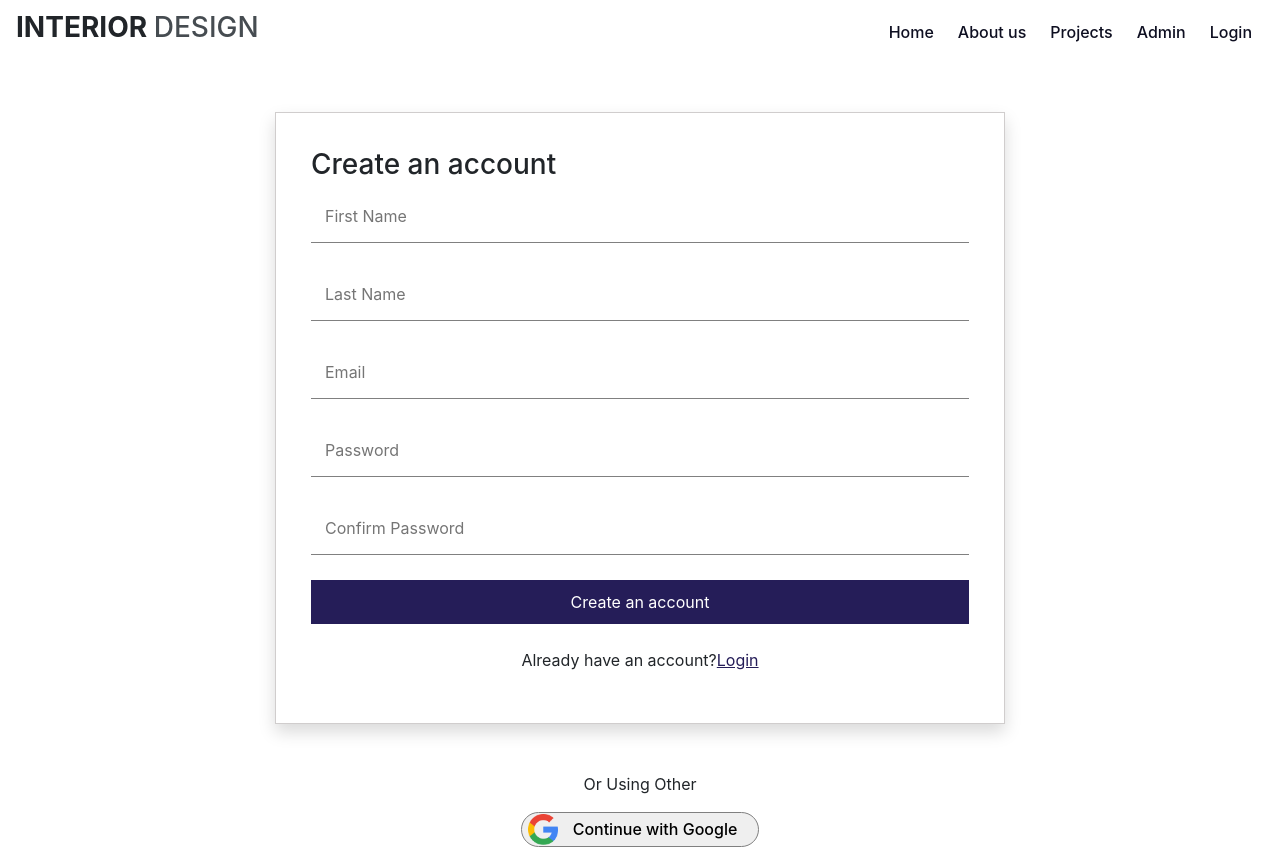
Repository: arif286/home-decoration-client-site
Page: /login
An editor plug-in stored every save of this project. The page is shown before and after the next save, followed by the edit.
The browser window is 1280 px wide. The pictures show the whole page.
The project was rebuilt for these pictures with package versions that can differ from the ones it lists, and the page was loaded fresh each time. Also part of the build but not shown: src/components/DashBoard/Admin/AddService/AddService.css, src/components/DashBoard/Admin/AddService/AddService.js, src/components/DashBoard/Admin/MakeAdmin/MakeAdmin.css, src/components/DashBoard/Admin/MakeAdmin/MakeAdmin.js, src/components/DashBoard/Admin/ManageService/ManageService.js, src/components/DashBoard/Admin/OrderList/OrderList.js, src/components/DashBoard/User/Booking/Booking.js, src/components/DashBoard/User/BookingList/BookingList.js and 19 more.

Above is the page before, as saved 2021-04-16 00:27:04.

After the next save:
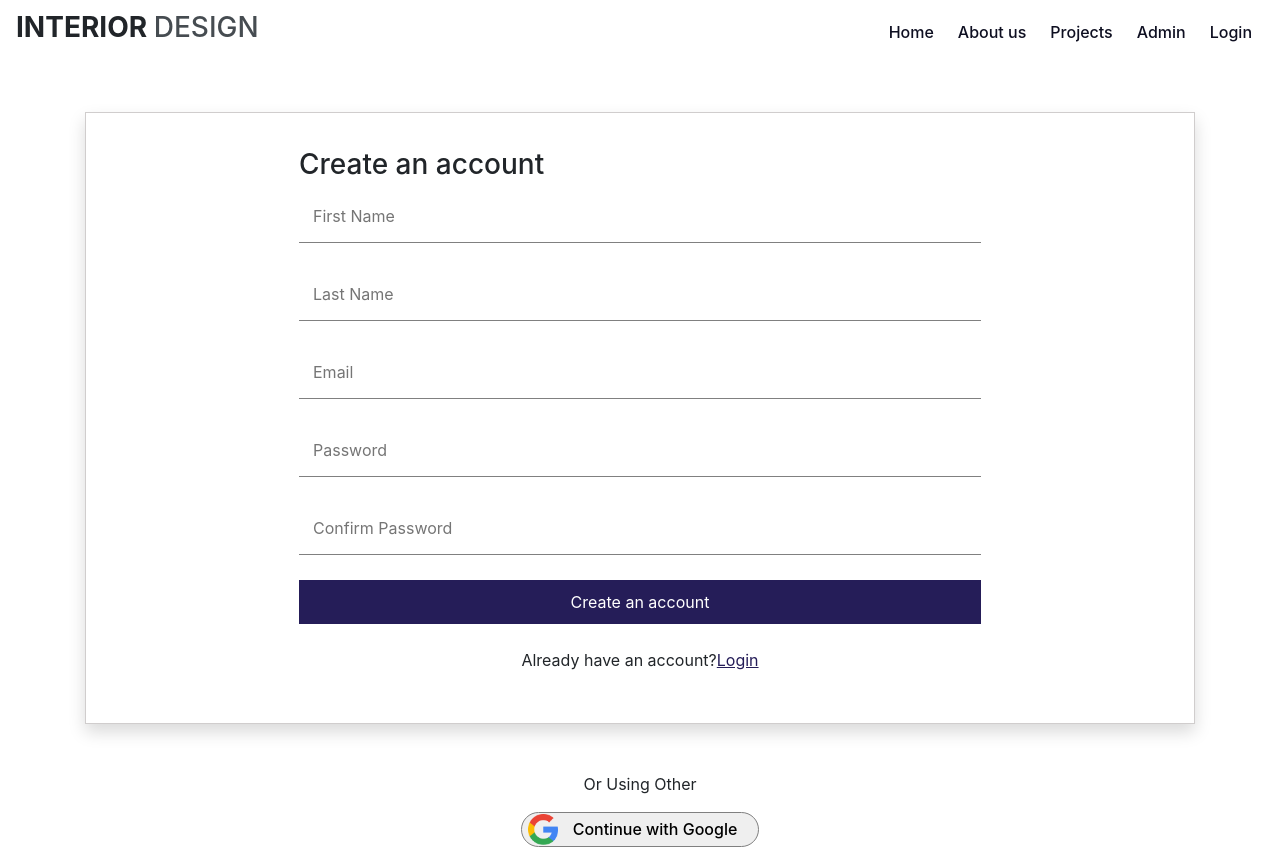
Saved 5 min 51 s later.
--- a/src/components/LoginPage/SignUp/SignUp.js
+++ b/src/components/LoginPage/SignUp/SignUp.js
@@ -25,13 +25,10 @@
     <>
       <NavBar />
       <Container className="mt-5">
-        <Row className="justify-content-center">
-          <Col xs={10} md={8}>
-            {!toggle ? (
-              <form
-                className="login-form shadow"
-                onSubmit={handleSubmit(onSubmit)}
-              >
+        {!toggle ? (
+          <form className="login-form shadow" onSubmit={handleSubmit(onSubmit)}>
+            <Row className="justify-content-center">
+              <Col xs={10} md={8}>
                 <h3>Create an account</h3>
                 <input
                   type="text"
@@ -78,57 +75,55 @@
                     Login
                   </span>
                 </p>
-              </form>
-            ) : (
-              <form
-                className="login-form shadow"
-                onSubmit={handleSubmit(onSubmit)}
+              </Col>
+            </Row>
+          </form>
+        ) : (
+          <form className="login-form shadow" onSubmit={handleSubmit(onSubmit)}>
+            <h3>Login</h3>
+            <input
+              type="email"
+              {...register("email", { required: true })}
+              placeholder="Email"
+            />
+
+            <input
+              type="password"
+              {...register("password", { required: true })}
+              placeholder="Password"
+            />
+
+            <div className="d-flex justify-content-between">
+              <div>
+                <input
+                  style={{ width: "15px", marginRight: "10px" }}
+                  type="checkbox"
+                  id="rememberMe"
+                  name="rememberMe"
+                  value="Bike"
+                />
+                <label htmlFor="rememberMe">Remember Me</label>
+              </div>
+              <NavLink to="/resetPassword" className="reset-password">
+                Forgot password
+              </NavLink>
+            </div>
+            <button type="submit" className="w-100 submit-btn">
+              Login
+            </button>
+            <p className="text-center mt-4">
+              Don't have an account?
+              <span
+                onClick={() => {
+                  setToggle(false);
+                }}
               >
-                <h3>Login</h3>
-                <input
-                  type="email"
-                  {...register("email", { required: true })}
-                  placeholder="Email"
-                  />
+                Create an account
+              </span>
+            </p>
+          </form>
+        )}
 
-                <input
-                  type="password"
-                  {...register("password", { required: true })}
-                  placeholder="Password"
-                  />
-
-                <div className="d-flex justify-content-between">
-                  <div>
-                    <input
-                      style={{ width: "15px", marginRight: "10px" }}
-                      type="checkbox"
-                      id="rememberMe"
-                      name="rememberMe"
-                      value="Bike"
-                    />
-                    <label htmlFor="rememberMe">Remember Me</label>
-                  </div>
-                  <NavLink to="/resetPassword" className="reset-password">
-                    Forgot password
-                  </NavLink>
-                </div>
-                <button type="submit" className="w-100 submit-btn">
-                  Login
-                </button>
-                <p className="text-center mt-4">
-                  Don't have an account?
-                  <span
-                    onClick={() => {
-                      setToggle(false);
-                    }}
-                  >
-                    Create an account
-                  </span>
-                </p>
-              </form>
-            )}
-          </Col>
-        </Row>
         <div className="mt-5 text-center">
           <GoogleLogin />
         </div>

After the save that followed:
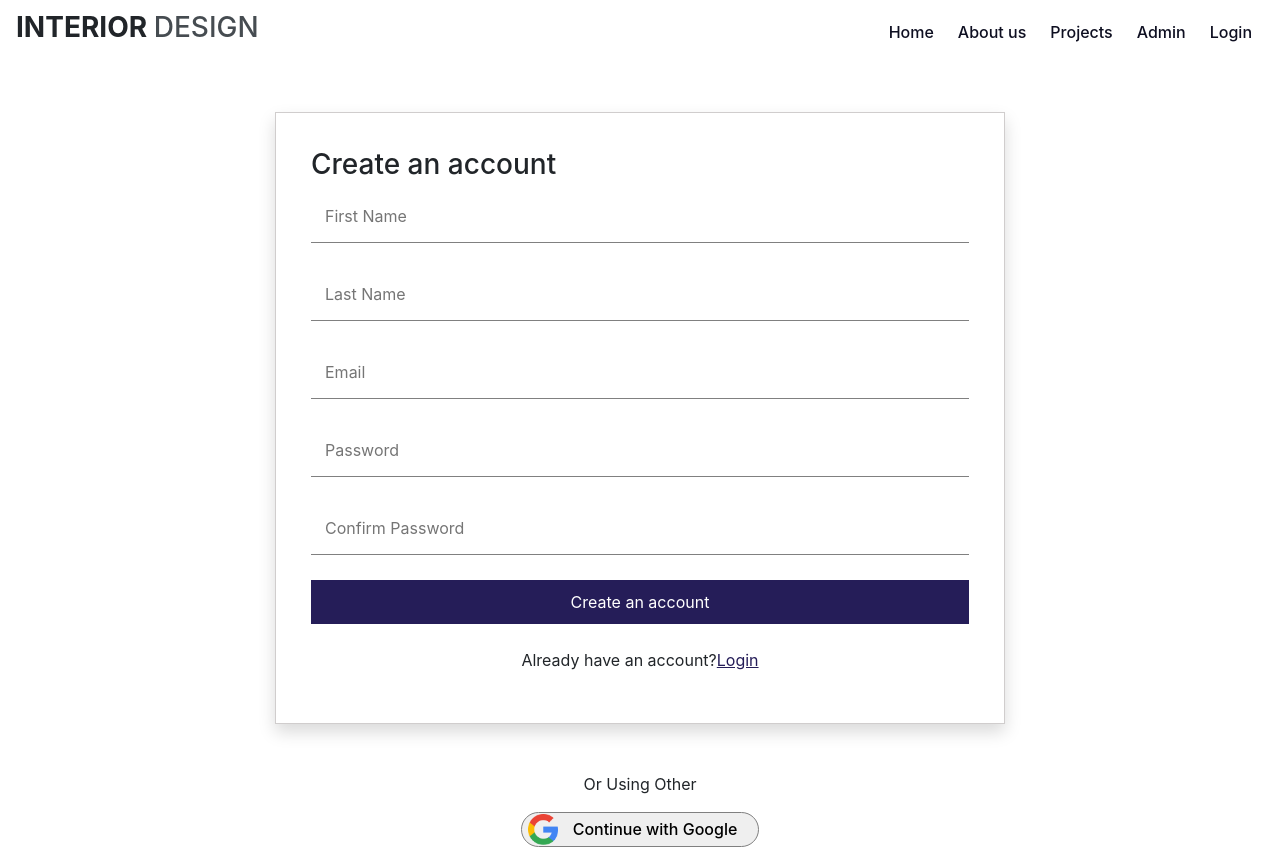
Saved 93 s later.
--- a/src/components/LoginPage/SignUp/SignUp.js
+++ b/src/components/LoginPage/SignUp/SignUp.js
@@ -25,10 +25,13 @@
     <>
       <NavBar />
       <Container className="mt-5">
-        {!toggle ? (
-          <form className="login-form shadow" onSubmit={handleSubmit(onSubmit)}>
-            <Row className="justify-content-center">
-              <Col xs={10} md={8}>
+        <Row className="justify-content-center">
+          <Col xs={10} md={8}>
+            {!toggle ? (
+              <form
+                className="login-form shadow"
+                onSubmit={handleSubmit(onSubmit)}
+              >
                 <h3>Create an account</h3>
                 <input
                   type="text"
@@ -75,55 +78,57 @@
                     Login
                   </span>
                 </p>
-              </Col>
-            </Row>
-          </form>
-        ) : (
-          <form className="login-form shadow" onSubmit={handleSubmit(onSubmit)}>
-            <h3>Login</h3>
-            <input
-              type="email"
-              {...register("email", { required: true })}
-              placeholder="Email"
-            />
+              </form>
+            ) : (
+              <form
+                className="login-form shadow"
+                onSubmit={handleSubmit(onSubmit)}
+              >
+                <h3>Login</h3>
+                <input
+                  type="email"
+                  {...register("email", { required: true })}
+                  placeholder="Email"
+                  />
 
-            <input
-              type="password"
-              {...register("password", { required: true })}
-              placeholder="Password"
-            />
+                <input
+                  type="password"
+                  {...register("password", { required: true })}
+                  placeholder="Password"
+                  />
 
-            <div className="d-flex justify-content-between">
-              <div>
-                <input
-                  style={{ width: "15px", marginRight: "10px" }}
-                  type="checkbox"
-                  id="rememberMe"
-                  name="rememberMe"
-                  value="Bike"
-                />
-                <label htmlFor="rememberMe">Remember Me</label>
-              </div>
-              <NavLink to="/resetPassword" className="reset-password">
-                Forgot password
-              </NavLink>
-            </div>
-            <button type="submit" className="w-100 submit-btn">
-              Login
-            </button>
-            <p className="text-center mt-4">
-              Don't have an account?
-              <span
-                onClick={() => {
-                  setToggle(false);
-                }}
-              >
-                Create an account
-              </span>
-            </p>
-          </form>
-        )}
-
+                <div className="d-flex justify-content-between">
+                  <div>
+                    <input
+                      style={{ width: "15px", marginRight: "10px" }}
+                      type="checkbox"
+                      id="rememberMe"
+                      name="rememberMe"
+                      value="Bike"
+                    />
+                    <label htmlFor="rememberMe">Remember Me</label>
+                  </div>
+                  <NavLink to="/resetPassword" className="reset-password">
+                    Forgot password
+                  </NavLink>
+                </div>
+                <button type="submit" className="w-100 submit-btn">
+                  Login
+                </button>
+                <p className="text-center mt-4">
+                  Don't have an account?
+                  <span
+                    onClick={() => {
+                      setToggle(false);
+                    }}
+                  >
+                    Create an account
+                  </span>
+                </p>
+              </form>
+            )}
+          </Col>
+        </Row>
         <div className="mt-5 text-center">
           <GoogleLogin />
         </div>
